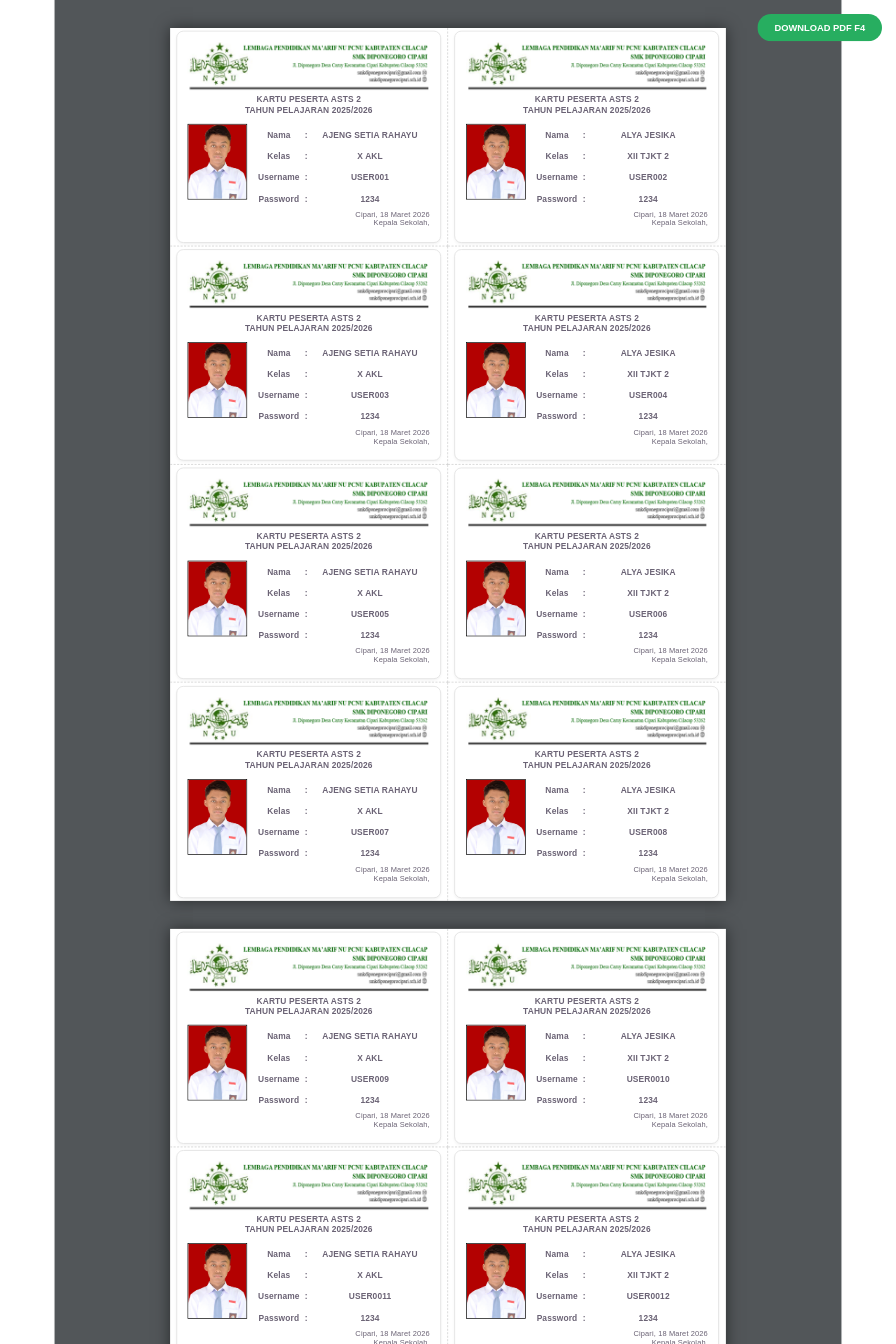
Repository: UsmanAzizz/generator-kartu-tes
Page: /
The author's editor kept a copy of each file at every save. The page is drawn from the files as they stood at one save, then again after the next save.
The browser window is 1280 px wide. The pictures show the part of the page from y = 0 to 1920 px (the page is 2654 px tall), at 70% of full size.
The project was rebuilt for these pictures with package versions that can differ from the ones it lists, and the page was loaded fresh each time. Also part of the build but not shown: vite.config.js.

Above is the page before, as saved 2026-03-18 15:55:28.

After the next save:
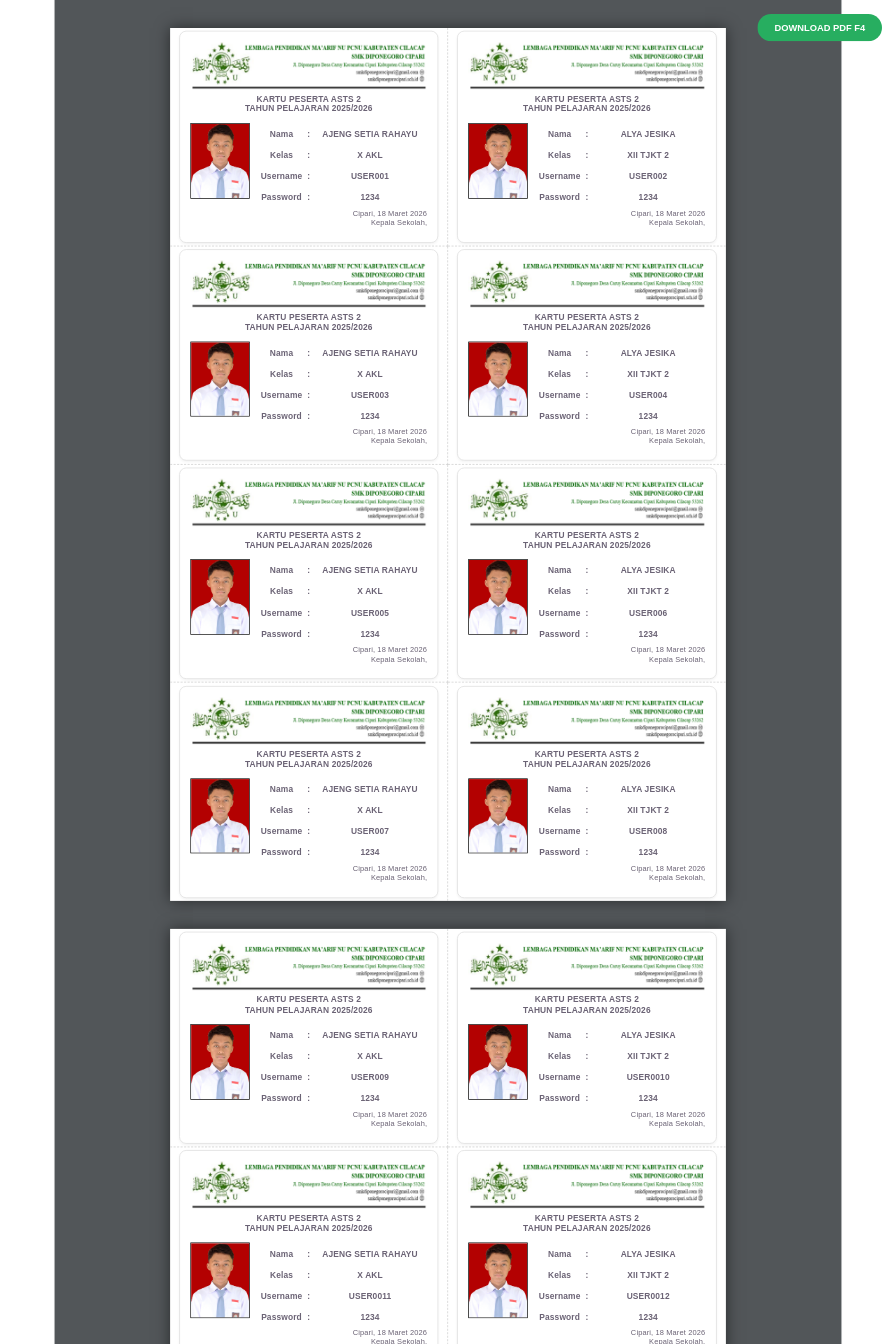
Saved 8 s later.
--- a/src/App.jsx
+++ b/src/App.jsx
@@ -69,7 +69,7 @@
       borderBottom: (index < 6) ? '0.5mm dashed #ccc' : 'none',
     }),
     card: {
-      width: '100mm',
+      width: '98mm',
       height: '80mm',
       backgroundColor: 'white',
       border: '1px solid #ddd',
